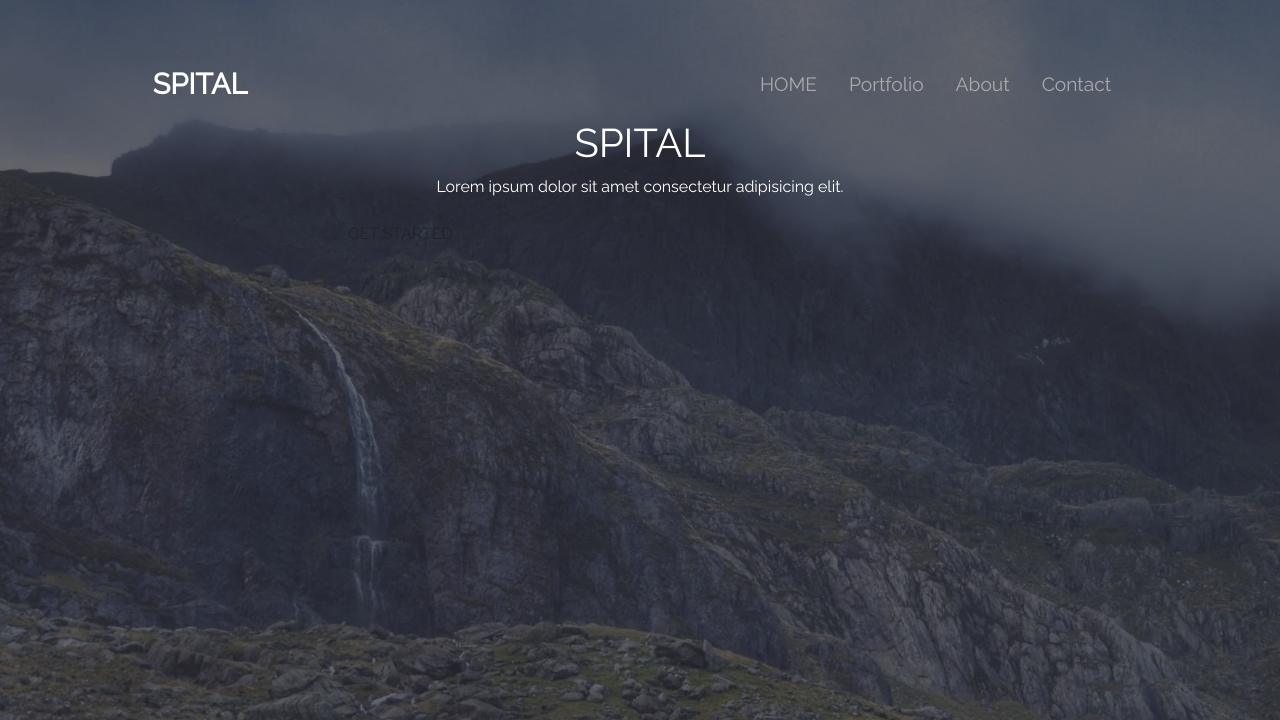
Repository: Mardoqueu/Bootstrap-4-Simple-Landing-Page
Page: index.html
The author's editor kept a copy of each file at every save. The page is drawn from the files as they stood at one save, then again after the next save.
The browser window is 1280 px wide. The pictures show the whole page.

Above is the page before, as saved 2022-10-11 08:12:33.

After the next save:
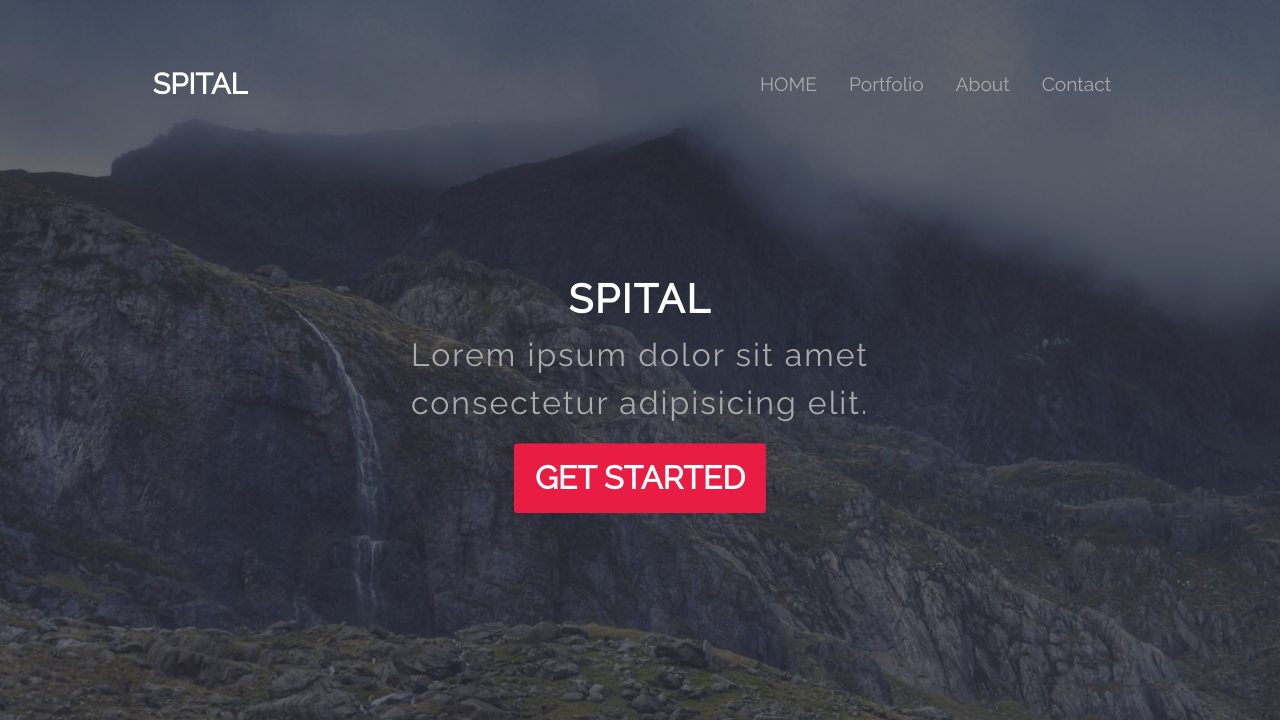
Saved 5 min 40 s later.
--- a/index.html
+++ b/index.html
@@ -34,7 +34,7 @@
 					</ul>
 				</nav>
 				</div>
-				<div class="col-md-6 offset-md-3">
+				<div class="col-md-6 offset-md-3 info">
 					<h1 class="text-center">SPITAL</h1>
 					<p class="text-center">
 						Lorem ipsum dolor sit amet consectetur adipisicing elit.
